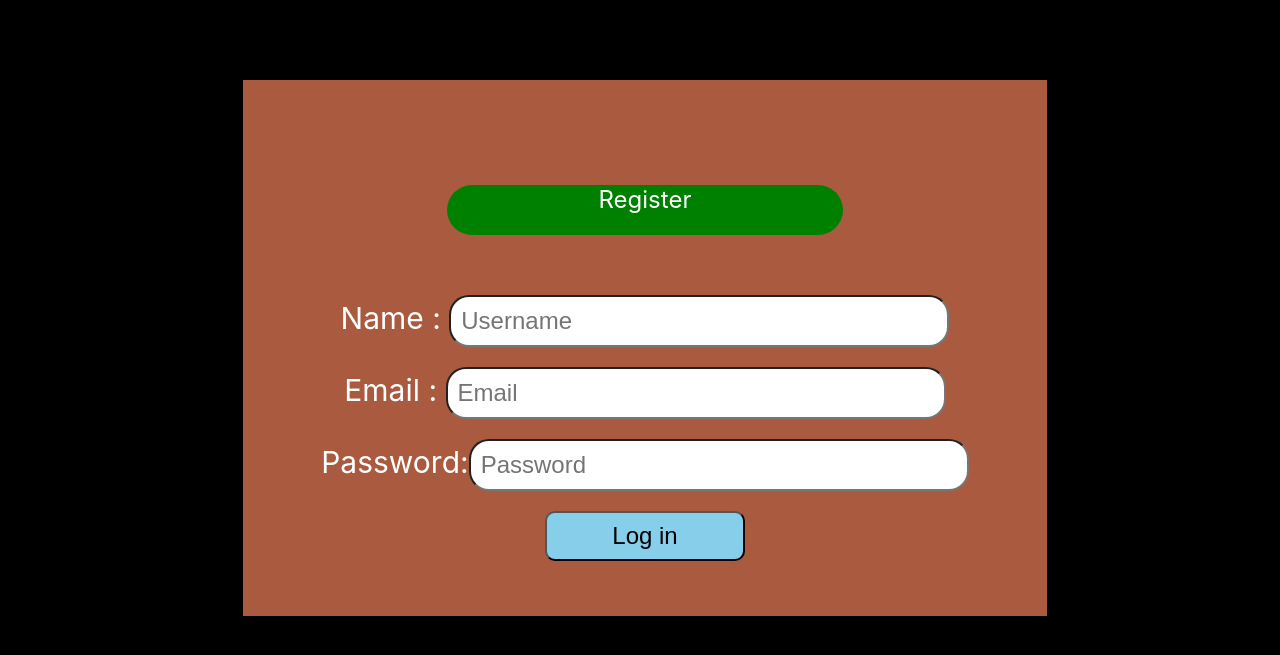
Repository: abhaysharma20233009/swiftKey
Page: /login (app in frontend/my-app/)
The author's editor kept a copy of each file at every save. The page is drawn from the files as they stood at one save, then again after the next save.
The browser window is 1280 px wide. The pictures show the whole page.
The project was rebuilt for these pictures with package versions that can differ from the ones it lists, and the page was loaded fresh each time. Also part of the build but not shown: frontend/my-app/src/Swifts.js, frontend/my-app/src/Results.js.

Above is the page before, as saved 2024-10-10 20:27:30.

### frontend/my-app/src/App.js
//App.js

import './App.css';
import React from 'react';
import { BrowserRouter as Router, Route, Routes } from 'react-router-dom';
import Swift from './Swifts';
import Results from './Results';
import Login from './Login';
const App = () => {
    return (
        <Router>
			<div className="App">
            <Routes>
                <Route path="/" element={<Swift />} />
                <Route path="/results" element={<Results />} />
                <Route path="/login" element={<Login />} />
            </Routes>
			</div>
        </Router>
    );
};

export default App;

### frontend/my-app/src/App.css
.App {
  text-align: center;
  color:white;
}

body{
  background-color:black;
}

.log{
  color:black;
  margin-left: 10px;
  margin-right: 10px;
  background-color: skyblue;
  border-radius: 10px;
  height:50px;
  width:200px;
  justify-self: end;
  font-size: x-large;
  margin-top:10px;
  margin-bottom:50px;
}




.in{
  border-radius:20px;
  font-size: 24px;
  width: 60%;
  padding: 10px;
  margin: 10px 0;
}

.hea{
  margin-top: 100px;
  margin-bottom: 50px;
  margin-left:25%;
  background-color: lightgray;
  font-size: 24px;
  background-color:green;
  width:50%;
  height:50px;
  border-radius:30px;
  text-align: center;
}

.lo{
  text-align:center;
}
.Timer{
  height:50px;
  font-size:30px;
  margin-bottom: 10px;
  background-color:green;
  width:50px;
  margin-left:48%;
  border-radius: 15px;
}

.form{
  font-size: 30px;
  margin-top:80px;
  padding:5px;
  background:linear-gradient(red,green,150deg);
  background-color:rgb(169, 90, 63);
  width:62%;
  margin-left:19%;
}

### frontend/my-app/src/Login.js
// Register.js
import React, { useState } from 'react';
import { useNavigate } from 'react-router-dom';
const Login = () => {
    const [username, setUsername] = useState('');
    const [email, setEmail] = useState('');
    const [password, setPassword] = useState('');

    const navigate = useNavigate();
    const fetchUser = async () => {
        try {
            await fetch('http://localhost:7000/login');

        } catch (error) {
            console.error('Error fetching messages:', error);
        }
    };

    const log = async () => {
        try {
            navigate('/', { state: { username,email } });
            const response = await fetch('http://localhost:7000/login', {
                method: 'POST',
                headers: {
                    'Content-Type': 'application/json',
                },
                body: JSON.stringify({ userName: username, email, password }),
            });

            if (!response.ok) {
                const errorData = await response.json();
                alert(errorData.message || errorData.error);
                return;
            }else{
                alert("user successfully registered");
            }
            // Reset fields
            setUsername('');
            setPassword('');

            // Navigate to Swifts with username

            await fetchUser();

        } catch (error) {
            console.error('Error login:', error);
        }
    }


    return (
        <div>

            <form className ="form">
            <div  className='hea'>Register</div>
               Name  :   <input
                    className="in"
                    type="text"
                    placeholder="Username"
                    value={username}
                    onChange={(e) => setUsername(e.target.value)}
                    required
                />
                <br/>
                 Email   : <input
                className="in"
                    type="email"
                    placeholder="Email"
                    value={email}
                    onChange={(e) => setEmail(e.target.value)}
                    required
                />
                <br/>
                Password:<input

                className="in"
                    type="password"
                    placeholder="Password"
                    value={password}
                    onChange={(e) => setPassword(e.target.value)}
                    required
                />
                <br/>
                <button className="log" onClick={log}>Log in</button>
            </form>
        </div>
    );
};

export default Login;

Loaded but not shown: frontend/my-app/public/index.html (common file); frontend/my-app/src/index.js (common file); frontend/my-app/src/index.css (common file); frontend/my-app/src/reportWebVitals.js (common file)

After the next save:
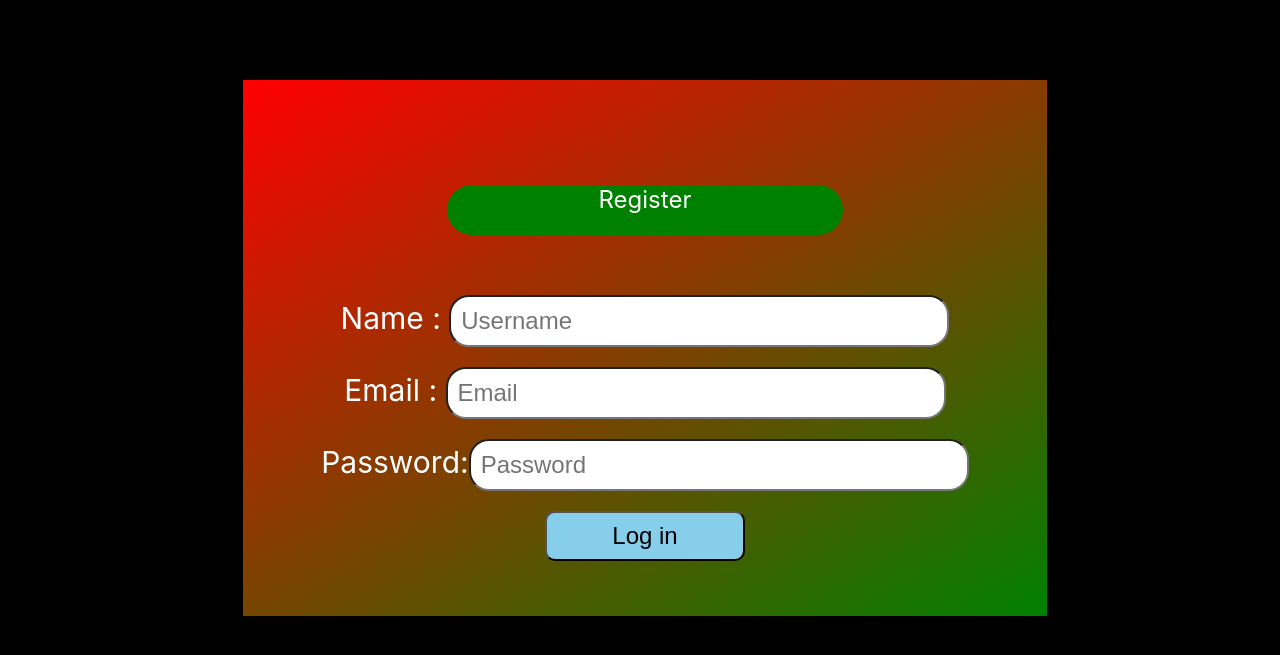
Saved 85 s later.
--- a/frontend/my-app/src/App.css
+++ b/frontend/my-app/src/App.css
@@ -62,7 +62,7 @@ body{
   font-size: 30px;
   margin-top:80px;
   padding:5px;
-  background:linear-gradient(red,green,150deg);
+  background:linear-gradient(150deg,red,green);
   background-color:rgb(169, 90, 63);
   width:62%;
   margin-left:19%;
